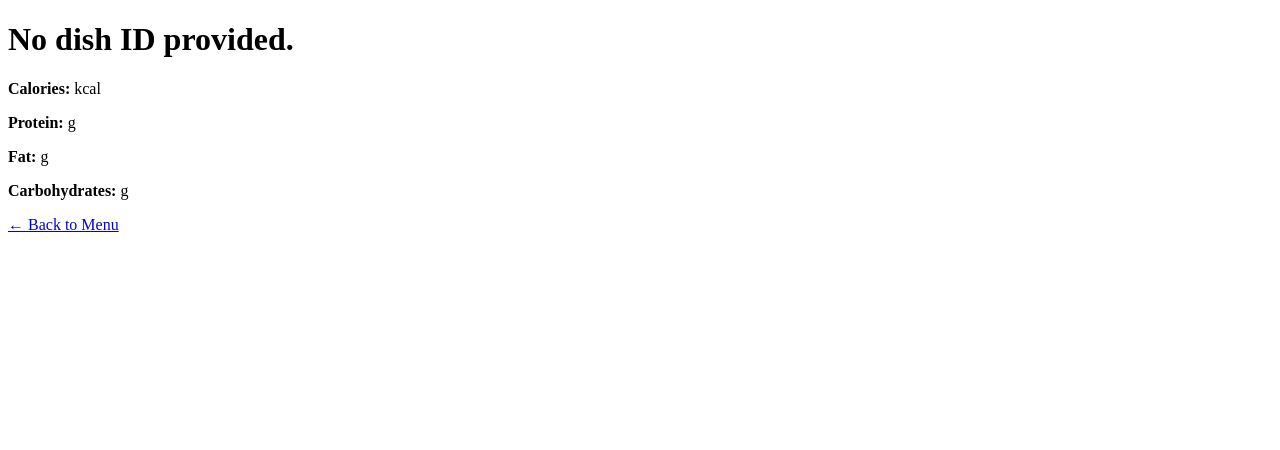
Repository: CheesecakeSeal/cis1054-part2
Page: src/public/dish.html
The author's editor kept a copy of each file at every save. The page is drawn from the files as they stood at one save, then again after the next save.
The browser window is 1280 px wide. The pictures show the whole page.
Some web fonts or font styles are not loaded; a fallback is used.

Above is the page before, as saved 2025-05-23 12:37:55.

### src/public/dish.html
<!DOCTYPE html>
<html lang="en">
<head>
    <meta charset="UTF-8" />
    <title>Dish Details</title>
    <script src="https://cdnjs.cloudflare.com/ajax/libs/PapaParse/5.3.2/papaparse.min.js"></script>
</head>
<body>
    <div class="dish-container">
        <h1 id="dish-name">Loading...</h1>
        <p id="dish-description"></p>
        <div class="dish-info">
            <p><strong>Calories:</strong> <span id="dish-calories"></span> kcal</p>
            <p><strong>Protein:</strong> <span id="dish-protein"></span> g</p>
            <p><strong>Fat:</strong> <span id="dish-fat"></span> g</p>
            <p><strong>Carbohydrates:</strong> <span id="dish-carbs"></span> g</p>
        </div>
        <button id="fav-button" style="display: none;">Add to Favorites</button>
        <a class="back-link" href="menu.html">← Back to Menu</a>
    </div>

    <script>
        function getQueryParam(name) {
            const urlParams = new URLSearchParams(window.location.search);
            return urlParams.get(name);
        }

        const dishId = getQueryParam("id");
        const type = getQueryParam("type") || "food";
        const csvFile = type === "drink" ? "drinks_menu.csv" : "food_menu.csv";
        const favButton = document.getElementById("fav-button");

        if (!dishId) {
            document.getElementById("dish-name").textContent = "No dish ID provided.";
        } else {
            fetch(csvFile)
                .then(response => response.text())
                .then(csv => {
                    Papa.parse(csv, {
                        header: true,
                        skipEmptyLines: true,
                        complete: function(results) {
                            const dishes = results.data;
                            const dish = dishes.find(d => String(d.id).trim() === String(dishId).trim());

                            if (dish) {
                                document.getElementById("dish-name").textContent = dish.name;
                                document.getElementById("dish-description").textContent = dish.description || "No description available.";
                                document.getElementById("dish-calories").textContent = dish.calories || "N/A";
                                document.getElementById("dish-protein").textContent = dish.protein || "N/A";
                                document.getElementById("dish-fat").textContent = dish.fat || "N/A";
                                document.getElementById("dish-carbs").textContent = dish.carbohydrates || "N/A";

                                // Enable the favorites button
                                favButton.style.display = "inline-block";

                                const favs = JSON.parse(localStorage.getItem("favourites") || "[]");
                                const alreadyFavorited = favs.some(f => f.id === dish.id && f.name === dish.name);
                                if (alreadyFavorited) {
                                    favButton.textContent = "Already in Favorites";
                                    favButton.disabled = true;
                                }

                                favButton.addEventListener("click", () => {
                                    const favs = JSON.parse(localStorage.getItem("favourites") || "[]");
                                    if (!favs.some(f => f.id === dish.id && f.name === dish.name)) {
                                        favs.push({
                                            id: dish.id,
                                            name: dish.name,
                                            desc: dish.description
                                        });
                                        localStorage.setItem("favourites", JSON.stringify(favs));
                                        favButton.textContent = "Added to Favorites!";
                                        favButton.disabled = true;
                                    }
                                });
                            } else {
                                document.getElementById("dish-name").textContent = "Dish Not Found";
                            }
                        },
                        error: function(err) {
                            console.error("Error parsing CSV:", err);
                            document.getElementById("dish-name").textContent = "Error loading dish.";
                        }
                    });
                })
                .catch(error => {
                    console.error("Error fetching CSV:", error);
                    document.getElementById("dish-name").textContent = "Error loading dish.";
                });
        }
    </script>
</body>
</html>

### src/public/style.css

@import url("https://fonts.googleapis.com/css2?family=Agbalumo&family=Jost:ital,wght@0,100..900;1,100..900&display=swap");

:root {
  --primary-light: #74a84a;
  --primary-dark: #2c541d;
  --black: #000000;
  --white: #efefef;
}

* {
  margin: 0;
  padding: 0;
  box-sizing: border-box;
}

body {
  font-family: "Jost", sans-serif;
  background-color: #f4fbf4;
  overflow-x: hidden;
}

a {
  text-decoration: none;
  color: inherit;
}

/*
  header section styles
  --------------------------------------------------
*/
#header {
  width: 100vw;
  min-height: 100vh;
  background-image: url("Images/bg.jpg");
  background-position: center;
  background-size: cover;
}

.container {
  max-width: 1200px;
  margin: auto;
  padding: 0 8px;
}

/*
  navigation styles
  --------------------------------------------------
*/
nav {
  display: flex;
  justify-content: space-between;
  padding: 32px 0;
  position: relative;
}

nav ul {
  display: flex;
  list-style: none;
  gap: 32px;
  font-size: 18px;
}

nav .logo {
  font-size: 20px;
}

/*
   menu button only shown on mobile
  --------------------------------------------------
*/
.menu-button {
  position: absolute;
  right: 16px;
  top: 16px;
  background: var(--primary-light);
  padding: 8px 12px;
  border-radius: 4px;
  display: none;
  align-items: center;
  justify-content: center;
  border: none;
  cursor: pointer;
}

/*
  header content styles
  --------------------------------------------------
*/
.header-container {
  display: flex;
  flex-direction: column;
  align-items: center;
  justify-content: center;
  gap: 16px;
  margin-top: 60px;
}

.header-container h1 {
  font-size: 60px;
  color: var(--black);
  font-weight: 500;
}

.header-container p {
  font-size: 40px;
  color: var(--black);
}

/*
  primary button styles
  --------------------------------------------------
*/
.primary-button {
  padding: 10px 24px;
  background-color: var(--primary-light);
  color: var(--white);
  border: none;
  cursor: pointer;
  transition: all 0.3s ease;
}

.primary-button:hover {
  background-color: var(--primary-dark);
}

/*
  team section styles
  --------------------------------------------------
*/
#team-section {
  display: flex;
  gap: 30px;
  margin-top: 0;
  justify-content: center;
  flex-wrap: wrap;
}

.team {
  width: 300px;
}

.team p {
  color: gray;
}

.team img {
  max-width: 100%;
  border-radius: 8px;
}

#team h1 {
  font-size: 32px;
  color: var(--primary-dark);
  text-transform: uppercase;
  text-align: center;
  margin-bottom: 10px;
}

#team {
  margin-top: 120px;
}

/*
  about section styles
  --------------------------------------------------
*/
#about {
  display: flex;
  margin-top: 120px;
  justify-content: space-between;
}

.about-content {
  max-width: 500px;
  display: flex;
  flex-direction: column;
  justify-content: center;
}

.about-content h1 {
  font-size: 32px;
  color: var(--primary-dark);
  text-transform: uppercase;
}

#about img {
  max-width: 100%;
  width: 600px;
  height: auto;
  border-radius: 8px;
}

/*
  CONTACT US PAGE
  --------------------------------------------------
*/
#contact-us {
  background-image: url("Images/contact.jpg");
  background-size: cover;
  background-position: center;
  min-height: 500px;
  margin-top: 120px;
}

.contact-us-container {
  position: relative;
  z-index: 2;
  display: flex;
  align-items: center;
  flex-direction: column;
  justify-content: center;
  height: 500px;
  gap: 16px;
  text-align: center;
  padding: 0 16px;
}

.text-wrapper {
  background-color: rgba(128, 147, 134, 0.5);
  padding: 24px;
  border-radius: 12px;
  box-shadow: 0 4px 10px rgba(0, 0, 0, 0.1);
  backdrop-filter: blur(2px);
  color: var(--black);
}


/*
  footer styles
  --------------------------------------------------
*/
footer {
  display: flex;
  justify-content: space-between;
  padding: 16px 0;
  align-items: center;
}

footer ul {
  display: flex;
  list-style: none;
  gap: 32px;
}

footer .logo {
  color: var(--primary-dark);
}




/*
  contact page specific styles
  --------------------------------------------------
*/
#contact-header {
  min-height: 400px;
  background-image: url("Images/contact-header.jpg");
  background-size: cover;
  background-position: center;
}

#contact {
  display: flex;
  justify-content: space-between;
  margin: 80px auto;
  gap: 60px;
}

form {
  flex-basis: 50%;
}

#contact-form {
  display: flex;
  flex-direction: column;
  gap: 20px;
  margin-top: 60px;
  margin-left: 60px;
}



/*
  form inputs
  --------------------------------------------------
*/
#contact-form input,
#contact-form textarea {
  padding: 12px ;
  font-size: 16px;
  width: 100%;
  border: 1px solid var(--primary-dark);
  border-radius: 6px;
  box-sizing: border-box;

}

/*
  contact details section
  --------------------------------------------------
*/
.address {
  flex-basis: 50%;
}

.details-wrapper {
  display: flex;
  flex-direction: column;
  gap: 16px;
  margin-top: 60px;
}

.detail {
  display: flex;
  gap: 10px;
}

.detail img {
  width: 40px;
  height: 40px;
}

/*
  fake social links
  --------------------------------------------------
*/
.follow-us-wrapper {
  margin-top: 30px;
  margin-left: 30px;
}

.socialLink {
  display: flex;
  gap: 16px;
  list-style: none;
  margin-top: 16px;
}
.socialLink img {
    width: 32px;
    height: 32px;
}





#menu-header {
  min-height: 400px;
  background-image: url("Images/menu.jpg"); /* Use your menu image */
  background-size: cover;
  background-position: center;
  margin-top: 0;
  position: relative;
}


.menu-container {
  position: relative;
  z-index: 2;
  display: flex;
  flex-direction: column;
  align-items: center;
  justify-content: center;
  gap: 32px;
  text-align: center;
  padding: 32px 16px;
  max-width: 1000px;
  margin: 0 auto;
}


.text-wrapper {
  background-color: rgba(128, 147, 134, 0.5);
  padding: 24px;
  border-radius: 12px;
  box-shadow: 0 4px 10px rgba(0, 0, 0, 0.1);
  backdrop-filter: blur(2px);
  color: var(--black);
  width: 100%;
  opacity: 0;
  transform: translateY(20px);
  animation: fadeInUp 1s forwards;
}

.menu-container h2 {
  font-size: 28px;
  margin-bottom: 16px;
  color: var(--black);
}

.menu-container h3 {
  font-size: 22px;
  margin-top: 24px;
  color: var(--black);
}


.menu-container hr {
  width: 50%;
  margin: 24px auto;
  border: none;
  border-top: 1px solid #033205;
}

#food-list ul,
#drinks-list ul {
  list-style: none;
  padding: 0;
  margin: 0 auto;
  display: flex;
  flex-direction: column;
  gap: 16px;
  align-items: center;
}

#food-list li,
#drinks-list li {
  text-align: center;
  font-size: 1.1em;
}

#food-list a,
#drinks-list a {
  color: var(--primary-dark);
  font-weight: bold;
  text-decoration: none;
  transition: color 0.3s ease, transform 0.3s ease;
}

#food-list a:hover,
#drinks-list a:hover {
  color: #022f1b;
  transform: scale(1.05);
}
small {
  display: block;
  color: #444;
  font-size: 0.9em;
  margin-top: 4px;
}
@keyframes fadeInUp {
  to {
    opacity: 1;
    transform: translateY(0);
  }
}

/*
  responsive styles for mobile devices
  (reminder: add menu and 404 page!!!!!!)
  --------------------------------------------------
*/
@media only screen and (max-width: 520px) {
  #header {
    min-height: 50vh;
  }

  .header-container h1 {
    font-size: 32px;
  }

  .header-container p {
    font-size: 24px;
  }

  .menu-button {
    display: block;
  }

  nav {
    padding: 16px;
  }

  nav ul {
    position: absolute;
    top: 0;
    right: 0;
    flex-direction: column;
    background-color: var(--white);
    width: 80%;
    height: 100%;
    align-items: flex-end;
    padding-top: 80px;
    margin-right: -900px;
    transition: all 0.3s ease;
  }

  nav ul.active {
    margin-right: 0;
  }

  nav li {
    border-bottom: 1px solid var(--primary-dark);
    width: 100%;
    padding: 8px 16px;
    text-align: right;
  }

  footer {
    flex-direction: column;
    align-items: center;
    padding: 32px 0;
  }

  #contact-us {
    flex-direction: column;
  }

  #contact-form {
    margin: 0;
  }
}

After the next save:
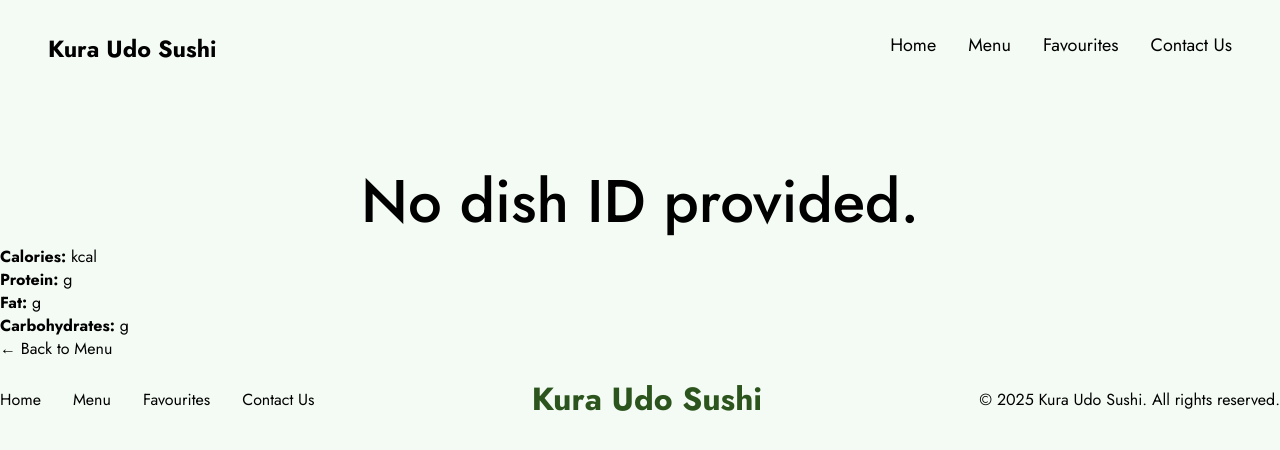
Saved 24 min 16 s later.
--- a/src/public/dish.html
+++ b/src/public/dish.html
@@ -1,23 +1,87 @@
 <!DOCTYPE html>
 <html lang="en">
+
 <head>
-    <meta charset="UTF-8" />
-    <title>Dish Details</title>
-    <script src="https://cdnjs.cloudflare.com/ajax/libs/PapaParse/5.3.2/papaparse.min.js"></script>
+  <meta charset="UTF-8" />
+  <meta name="viewport" content="width=device-width, initial-scale=1.0" />
+  <title>Kura Udo Sushi</title>
+
+  <!-- link to CSS stylesheet -->
+  <link rel="stylesheet" href="style.css" />
+
+  <!-- library for CSV parsing  -->
+   <script src="https://cdnjs.cloudflare.com/ajax/libs/PapaParse/5.3.2/papaparse.min.js"></script>
+</head>
+
+<body>
+  <!-- header section for navigation -->
+  <section id="dish-header">
+    <div class="container">
+      <nav>
+        <!-- site name -->
+        <div class="logo">
+          <h1>Kura Udo Sushi</h1>
+        </div>
+
+        <!-- button for toggling navigation on mobile devices -->
+        <button class="menu-button" aria-label="Toggle navigation">
+          &#9776;
+        </button>
+
+        <!-- navigation links -->
+        <ul class="nav-links">
+          <li><a href="index.html">Home</a></li>
+          <li><a href="menu.html">Menu</a></li>
+          <li><a href="favourites.html">Favourites</a></li>
+          <li><a href="contact.html">Contact Us</a></li>
+        </ul>
+      </nav>
+
+      <!-- page header -->
+      <div class="header-container">
+        <h1 id="dish-name" class="dish-title">Loading...</h1>
+      </div>
+    </div>
+  </section>
+
 </head>
 <body>
-    <div class="dish-container">
-        <h1 id="dish-name">Loading...</h1>
-        <p id="dish-description"></p>
-        <div class="dish-info">
-            <p><strong>Calories:</strong> <span id="dish-calories"></span> kcal</p>
-            <p><strong>Protein:</strong> <span id="dish-protein"></span> g</p>
-            <p><strong>Fat:</strong> <span id="dish-fat"></span> g</p>
-            <p><strong>Carbohydrates:</strong> <span id="dish-carbs"></span> g</p>
-        </div>
-        <button id="fav-button" style="display: none;">Add to Favorites</button>
-        <a class="back-link" href="menu.html">← Back to Menu</a>
-    </div>
+ <div class="dish-container">
+  <p id="dish-description"></p>
+  <div class="dish-info">
+    <p><strong>Calories:</strong> <span id="dish-calories"></span> kcal</p>
+    <p><strong>Protein:</strong> <span id="dish-protein"></span> g</p>
+    <p><strong>Fat:</strong> <span id="dish-fat"></span> g</p>
+    <p><strong>Carbohydrates:</strong> <span id="dish-carbs"></span> g</p>
+  </div>
+  <button id="fav-button" style="display: none;">Add to Favorites</button>
+  <a class="back-link" href="menu.html">← Back to Menu</a>
+</div>
+
+    <!-- footer with navigation links and copyright -->
+  <footer>
+    <ul class="footer-links">
+      <li><a href="index.html">Home</a></li>
+      <li><a href="menu.html">Menu</a></li>
+      <li><a href="favourites.html">Favourites</a></li>
+      <li><a href="contact.html">Contact Us</a></li>
+    </ul>
+    <h1 class="logo">Kura Udo Sushi</h1>
+    <p>© 2025 Kura Udo Sushi. All rights reserved.</p>
+  </footer>
+
+  <!-- javascript for toggling navigation menu on mobile -->
+  <script>
+    // menu button and navigation links container
+    const menuButton = document.querySelector(".menu-button");
+    const navLinks = document.querySelector(".nav-links");
+
+    // add click event listener to toggle the 'active' class on nav links
+    menuButton.addEventListener("click", () => {
+      navLinks.classList.toggle("active");
+    });
+  </script>
+</body>
 
     <script>
         function getQueryParam(name) {
@@ -43,14 +107,17 @@
                             const dishes = results.data;
                             const dish = dishes.find(d => String(d.id).trim() === String(dishId).trim());
 
-                            if (dish) {
-                                document.getElementById("dish-name").textContent = dish.name;
-                                document.getElementById("dish-description").textContent = dish.description || "No description available.";
-                                document.getElementById("dish-calories").textContent = dish.calories || "N/A";
-                                document.getElementById("dish-protein").textContent = dish.protein || "N/A";
-                                document.getElementById("dish-fat").textContent = dish.fat || "N/A";
-                                document.getElementById("dish-carbs").textContent = dish.carbohydrates || "N/A";
+                           if (dish) {
+                            document.getElementById("dish-name").textContent = dish.name;
+                            document.getElementById("dish-description").textContent = dish.description || "No description available.";
+                            document.getElementById("dish-calories").textContent = dish.calories || "N/A";
+                            document.getElementById("dish-protein").textContent = dish.protein || "N/A";
+                            document.getElementById("dish-fat").textContent = dish.fat || "N/A";
+                            document.getElementById("dish-carbs").textContent = dish.carbohydrates || "N/A";
 
+                            if (dish.image) {
+                                document.getElementById("dish-header").style.backgroundImage = `url(${dish.image})`;
+                            }
                                 // Enable the favorites button
                                 favButton.style.display = "inline-block";
 
